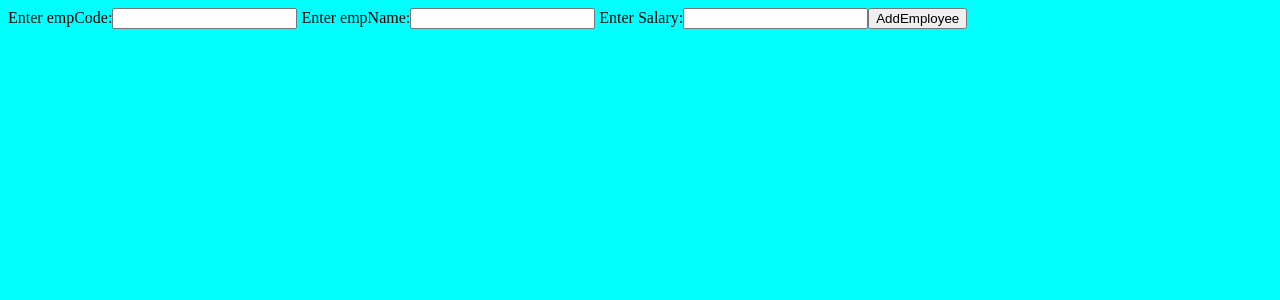
Repository: SravyaChunduri/workspace
Page: http://localhost/DAY15_DAO_/AddEmployee.jsp
These files come from the project's save history. The page is drawn as it stood at one moment and after the next save; the edit follows.
The browser window is 1280 px wide. The pictures show the whole page.
The page is served by Tomcat 9. Other server files are loaded and not shown.

Above is the page before, as saved 2015-08-11 07:18:27.

### DAY15(DAO)/WebContent/AddEmployee.jsp
<%@ page language="java" contentType="text/html; charset=ISO-8859-1"
    pageEncoding="ISO-8859-1"%>
<!DOCTYPE html PUBLIC "-//W3C//DTD HTML 4.01 Transitional//EN" "http://www.w3.org/TR/html4/loose.dtd">
<html>
<head>
<meta http-equiv="Content-Type" content="text/html; charset=ISO-8859-1">
<title>Insert title here</title>
</head>
<body bgcolor="cyan">
<form action="AddEmployee">
<table align="center">
Enter empCode:<input type="text" name="empCode">
Enter empName:<input type="text" name="empName">
Enter Salary:<input type="text" name="salary">
<input type="submit" value="AddEmployee">
</table>
</form>

</body>
</html>

After the next save:
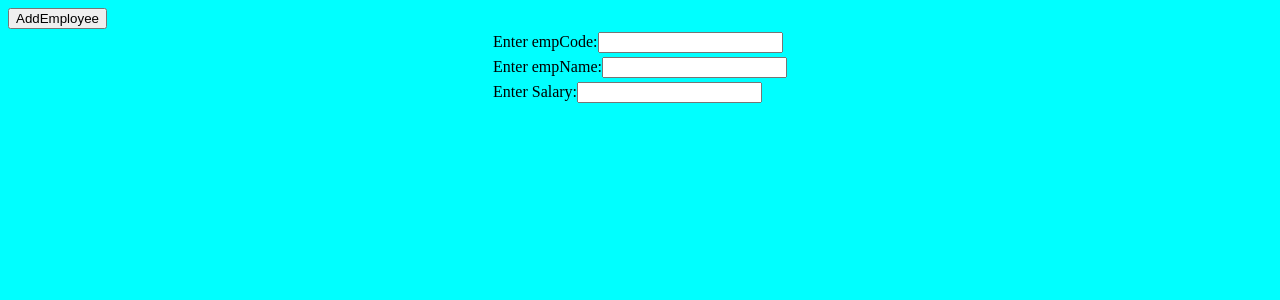
Saved 62 s later.
--- a/DAY15(DAO)/WebContent/AddEmployee.jsp
+++ b/DAY15(DAO)/WebContent/AddEmployee.jsp
@@ -9,9 +9,9 @@
 <body bgcolor="cyan">
 <form action="AddEmployee">
 <table align="center">
-Enter empCode:<input type="text" name="empCode">
-Enter empName:<input type="text" name="empName">
-Enter Salary:<input type="text" name="salary">
+<tr><td>Enter empCode:<input type="text" name="empCode"></td></tr>
+<tr><td>Enter empName:<input type="text" name="empName"></td></tr>
+<tr><td>Enter Salary:<input type="text" name="salary"></td><tr>
 <input type="submit" value="AddEmployee">
 </table>
 </form>
